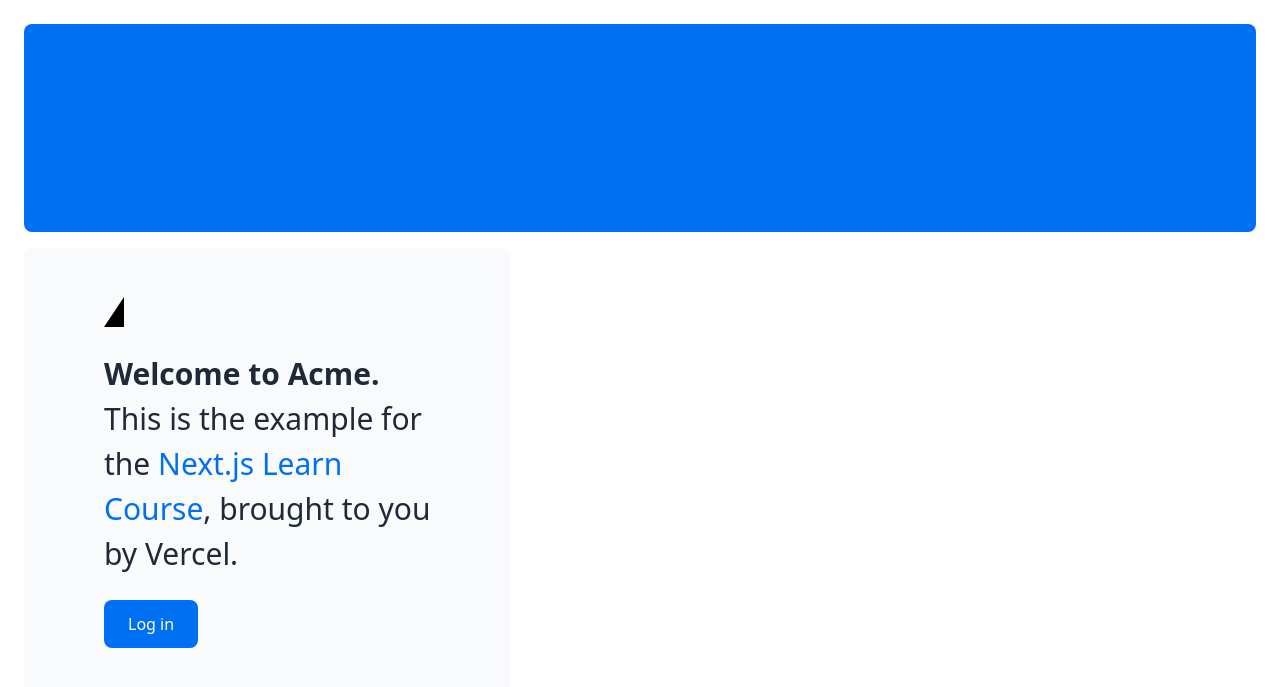
Repository: dev1siWoo/nextjs-dashboard
Page: /
An editor plug-in stored every save of this project. The page is shown before and after a run of saves, followed by the edit.
The browser window is 1280 px wide. The pictures show the whole page.
The project was rebuilt for these pictures with package versions that can differ from the ones it lists, and the page was loaded fresh each time. The framework's server and built-in components were replaced by stand-ins that run in the browser. Also part of the build but not shown: next.config.js.

Above is the page before, as saved 2023-10-27 17:54:38.

### app/layout.tsx
import './ui/global.css'

export default function RootLayout({
  children,
}: {
  children: React.ReactNode;
}) {
  return (
    <html lang="en">
      <body>{children}</body>
    </html>
  );
}

### app/page.tsx
import AcmeLogo from "@/app/ui/acme-logo"
import styles from './'
import Link from "next/link"
export default function Page() {
	return (
		<main className='flex min-h-screen flex-col p-6'>
			<div className='flex h-20 shrink-0 items-end rounded-lg bg-blue-500 p-4 md:h-52'>
				{/* <AcmeLogo /> */}
			</div>
			<div className='mt-4 flex grow flex-col gap-4 md:flex-row'>
				<div className='flex flex-col justify-center gap-6 rounded-lg bg-gray-50 px-6 py-10 md:w-2/5 md:px-20'>
					<div className='h-0 w-0 border-b-[30px] border-l-[20px] border-r-[20px border-b-black border-l-transparent border-r-transparent' />
					<p
						className={`text-xl text-gray-800 md:text-3xl md:leading-normal`}
					>
						<strong>Welcome to Acme.</strong> This is the example
						for the{" "}
						<a
							href='https://nextjs.org/learn/'
							className='text-blue-500'
						>
							Next.js Learn Course
						</a>
						, brought to you by Vercel.
					</p>
					<Link
						href='/login'
						className='flex items-center gap-5 self-start rounded-lg bg-blue-500 px-6 py-3 text-sm font-medium text-white transition-colors hover:bg-blue-400 md:text-base'
					>
						<span>Log in</span>
					</Link>
				</div>
				<div className='flex items-center justify-center p-6 md:w-3/5 md:px-28 md:py-12'>
					{/* Add Hero Images Here */}
				</div>
			</div>
		</main>
	)
}

Loaded but not shown: app/ui/global.css (common file); tailwind.config.ts (common file); app/ui/home.module.css (common file)

After the next 2 saves:
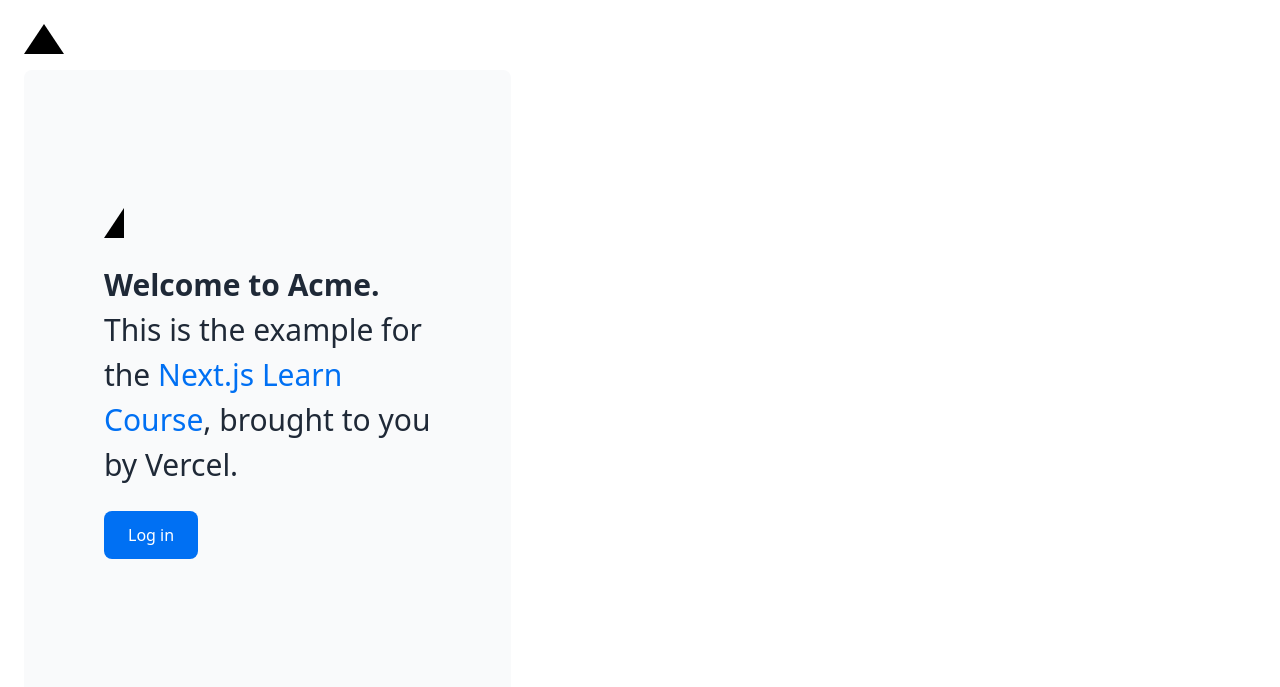
The 2 saves are shown as one change because they came seconds apart.
The last was saved 11 s later.
--- a/app/page.tsx
+++ b/app/page.tsx
@@ -1,10 +1,10 @@
 import AcmeLogo from "@/app/ui/acme-logo"
-import styles from './'
+import styles from './ui/home.module.css'
 import Link from "next/link"
 export default function Page() {
 	return (
-		<main className='flex min-h-screen flex-col p-6'>
-			<div className='flex h-20 shrink-0 items-end rounded-lg bg-blue-500 p-4 md:h-52'>
+		<main className={'flex min-h-screen flex-col p-6'}>
+			<div className={styles.shape}>
 				{/* <AcmeLogo /> */}
 			</div>
 			<div className='mt-4 flex grow flex-col gap-4 md:flex-row'>
